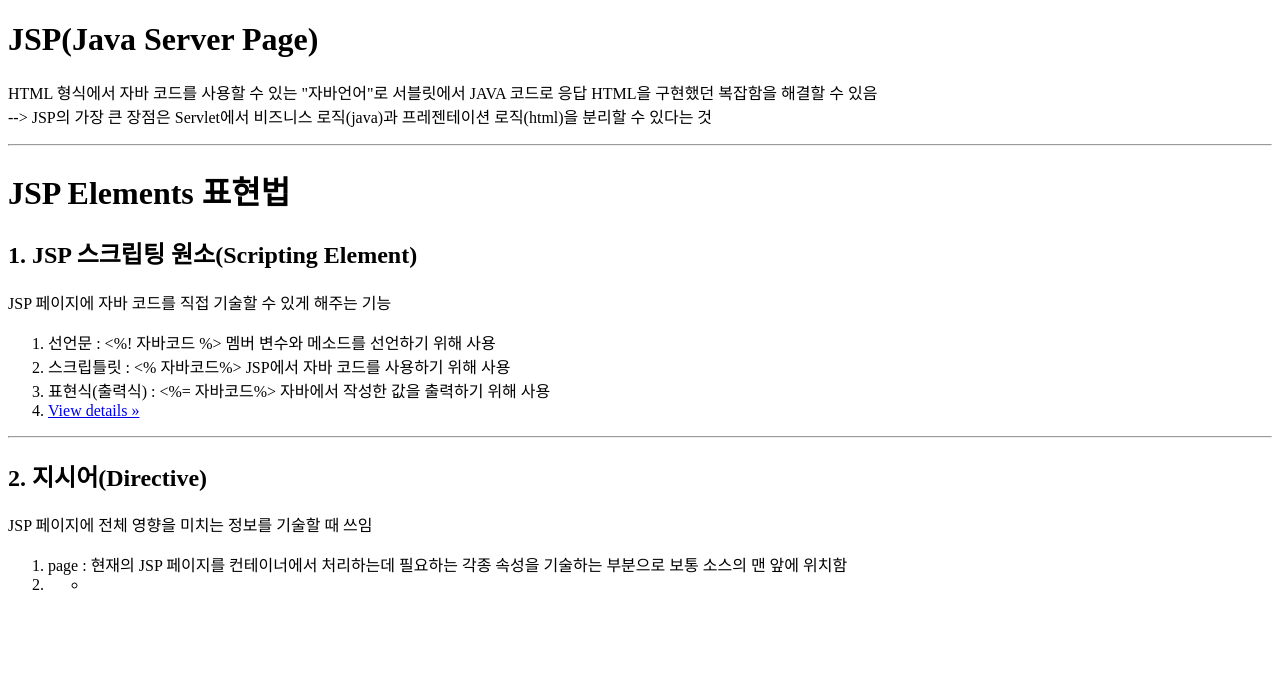
Repository: chuhj1226/servlet
Page: workspace/2_JSP/WebContent/index.html
The author's editor kept a copy of each file at every save. The page is drawn from the files as they stood at one save, then again after the next save.
The browser window is 1280 px wide. The pictures show the whole page.

Above is the page before, as saved 2021-10-05 08:35:46.

After the next save:
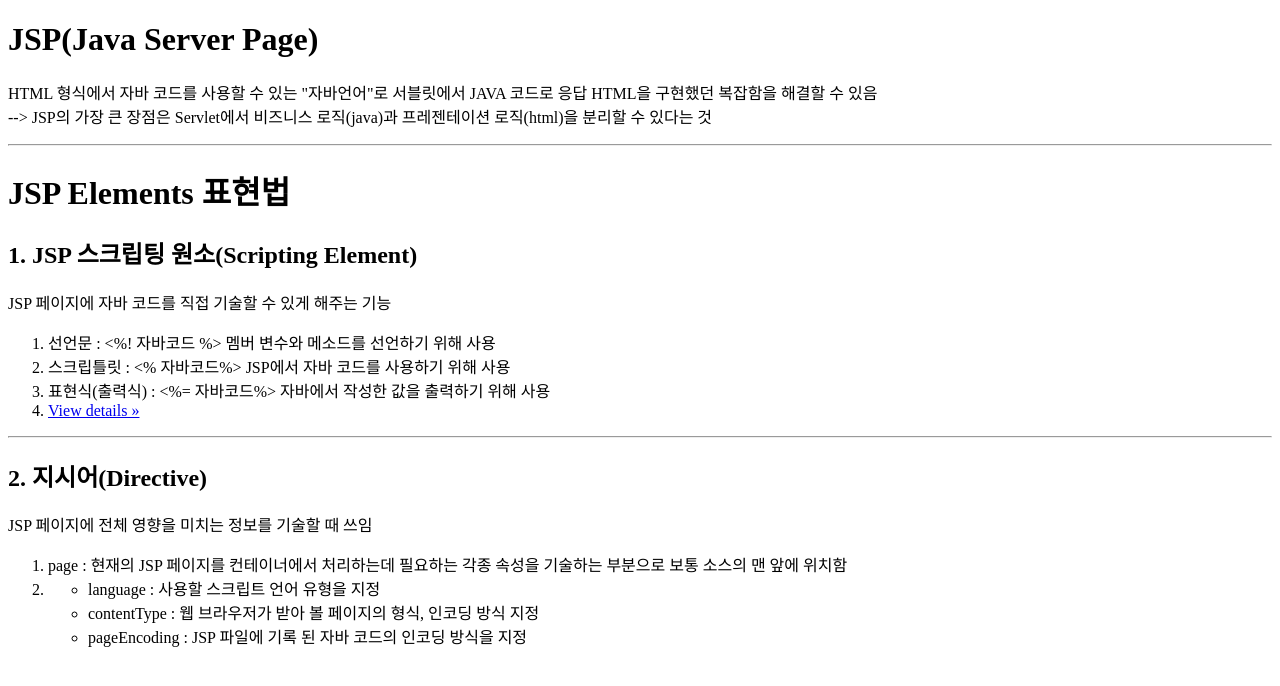
Saved 46 s later.
--- a/workspace/2_JSP/WebContent/index.html
+++ b/workspace/2_JSP/WebContent/index.html
@@ -41,7 +41,10 @@
 			<li> page : 현재의 JSP 페이지를 컨테이너에서 처리하는데 필요하는 각종 속성을 기술하는 부분으로
 			보통 소스의 맨 앞에 위치함<li>
 				<ul>
-					<li>
+					<li>language : 사용할 스크립트 언어 유형을 지정</li>
+					<li>contentType : 웹 브라우저가 받아 볼 페이지의 형식, 인코딩 방식 지정</li>
+					<li>pageEncoding : JSP 파일에 기록 된 자바 코드의 인코딩 방식을 지정</li>
+
 				</ul>
 		</ol>
 	</body>
